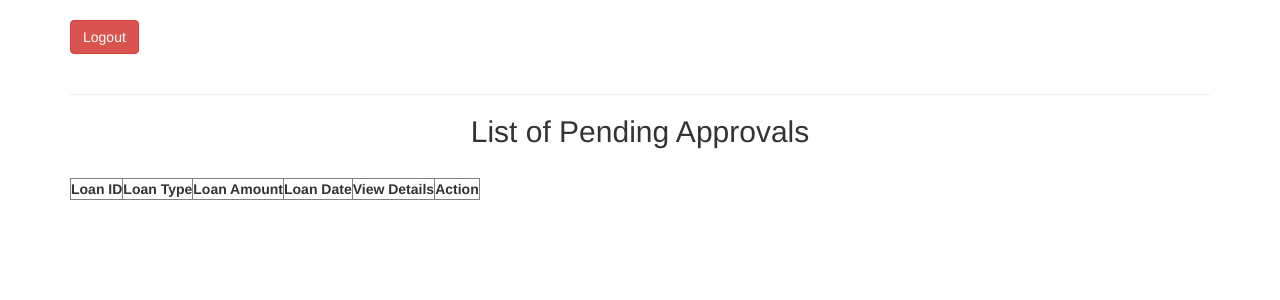
Repository: Bayvao/E-Loan-Project
Page: http://localhost/E-Loan-Project/WEB-INF/views/pending-loan-approval.jsp
These files come from the project's save history. The page is drawn as it stood at one moment and after the next save; the edit follows.
The browser window is 1280 px wide. The pictures show the whole page.
The page is served by Tomcat 9. Nobody is signed in. Other server files are loaded and not shown. The template is opened directly, without the code that normally fills it, so the values that code supplies are empty.

Above is the page before, as saved 2020-07-21 08:26:26.

### E-Loan-Project/src/main/webapp/WEB-INF/views/pending-loan-approval.jsp
<%@ taglib prefix="form" uri="http://www.springframework.org/tags/form"%>
<%@ taglib prefix="security"
	uri="http://www.springframework.org/security/tags"%>
<%@ taglib prefix="c" uri="http://java.sun.com/jsp/jstl/core"%>

<!DOCTYPE html>
<html lang="en">
<head>
<title>Pending List</title>

<meta charset="utf-8">
<meta name="viewport" content="width=device-width, initial-scale=1">
<link rel="stylesheet"
	href="https://maxcdn.bootstrapcdn.com/bootstrap/3.4.1/css/bootstrap.min.css">
<script
	src="https://ajax.googleapis.com/ajax/libs/jquery/3.5.1/jquery.min.js"></script>
<script
	src="https://maxcdn.bootstrapcdn.com/bootstrap/3.4.1/js/bootstrap.min.js"></script>


<style>
h2 {
	text-align: center;
}
</style>
</head>
<body>

	<div class="container">
		<br />

		<!-- Add a logout button -->
		<form:form action="${pageContext.request.contextPath}/logout"
			method="POST">

			<input type="submit" class="btn btn-danger" value="Logout" />

		</form:form>


		<br />
		<!-- display user name and role -->

		<p>

			<security:authorize access="isAuthenticated()">
        User: <security:authentication property="principal.username" />
        Role(s): <security:authentication
					property="principal.authorities" />
			</security:authorize>
		<div>
			<hr>
			<h2>List of Pending Approvals</h2>
		</div>
		<br/>
		<table border=1>
			<tr>
				<th>Loan ID</th>
				<th>Loan Type</th>
				<th>Loan Amount</th>
				<th>Loan Date</th>
				<th>View Details</th>
				<th>Action</th>
			</tr>
			<c:forEach items="${listPendingLoan}" var="pLoan">
				<tr>
					<td>${pLoan.loan.loanId}</td>
					<td>${pLoan.loan.loanType}</td>
					<td>${pLoan.loan.loanAmount}</td>
					<td>${pLoan.loan.loanDate}</td>
					<td><a
						href="${pageContext.request.contextPath}/manager/detailView?id=${pLoan.statusId}">View
							Details</a></td>
					<td><a
						href="${pageContext.request.contextPath}/manager/approveLoan?id=${pLoan.statusId}">Approve</a>
						| <a
						href="${pageContext.request.contextPath}/manager/rejectLoan?id=${pLoan.statusId}">Reject</a>

					</td>
				</tr>
			</c:forEach>
		</table>
	</div>
</body>
</html>

After the next save:
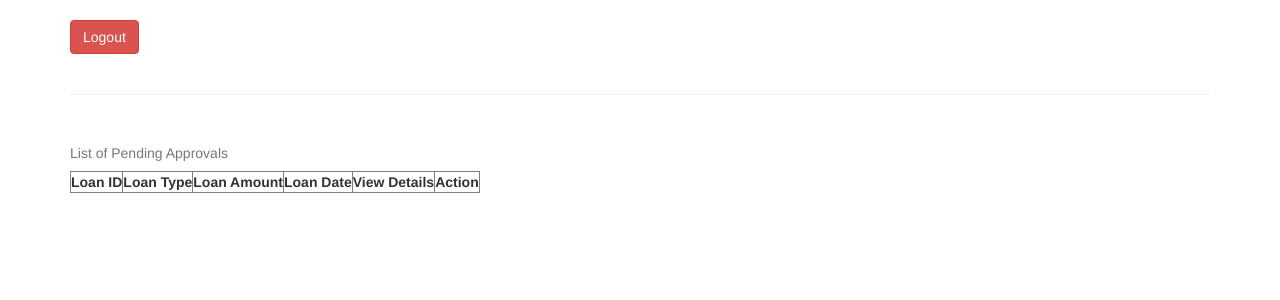
Saved 2 min 10 s later.
--- a/E-Loan-Project/src/main/webapp/WEB-INF/views/pending-loan-approval.jsp
+++ b/E-Loan-Project/src/main/webapp/WEB-INF/views/pending-loan-approval.jsp
@@ -50,10 +50,10 @@ h2 {
 			</security:authorize>
 		<div>
 			<hr>
-			<h2>List of Pending Approvals</h2>
 		</div>
 		<br/>
 		<table border=1>
+		<caption>List of Pending Approvals</caption>
 			<tr>
 				<th>Loan ID</th>
 				<th>Loan Type</th>
